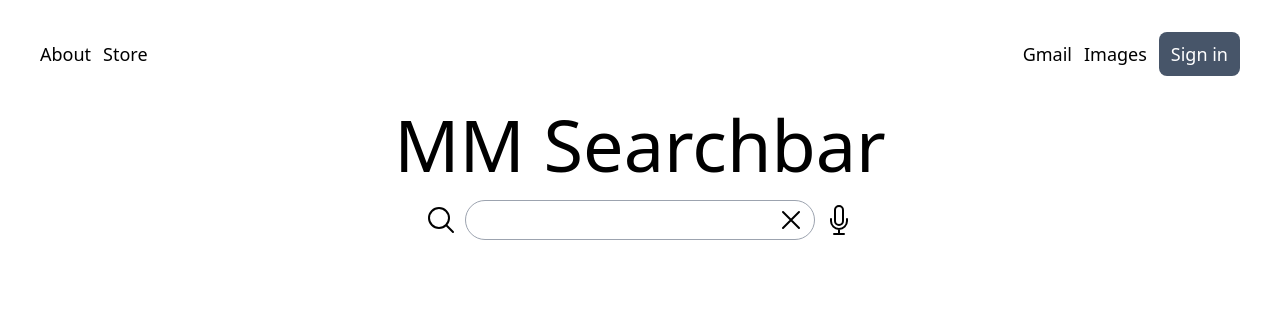
Repository: michalmilek/minigoogle
Page: /
These files come from the project's save history. The page is drawn as it stood at one moment and after the next save; the edit follows.
The browser window is 1280 px wide. The pictures show the whole page.
The page's requests for data from a server got no answer. The project was rebuilt for these pictures with package versions that can differ from the ones it lists, and the page was loaded fresh each time. The framework's server and built-in components were replaced by stand-ins that run in the browser. No one was signed in, and anything a server would have sent is missing. Also part of the build but not shown: next.config.js.

Above is the page before, as saved 2023-02-13 13:37:49.

After the next save:
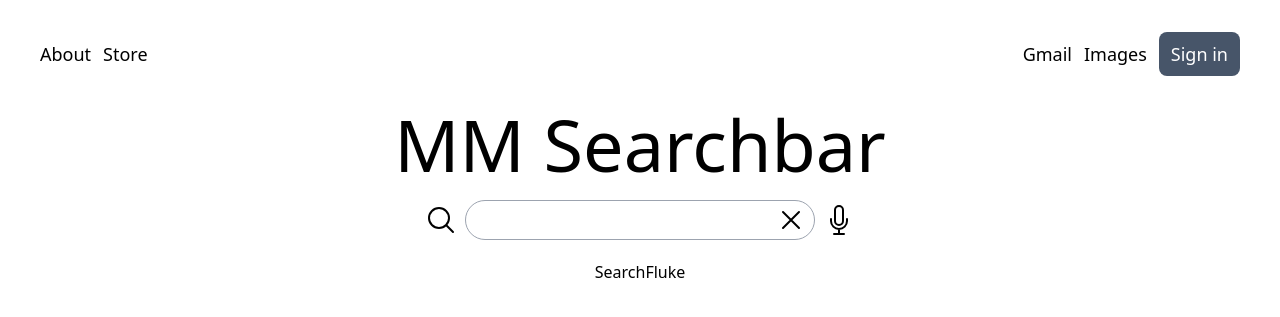
Saved 85 s later.
--- a/pages/index.tsx
+++ b/pages/index.tsx
@@ -40,6 +40,10 @@
           </div>
           <MicrophoneIcon className="h-8" />
         </div>
+        <div>
+          <button>Search</button>
+          <button>Fluke</button>
+        </div>
       </form>
     </div>
   );
